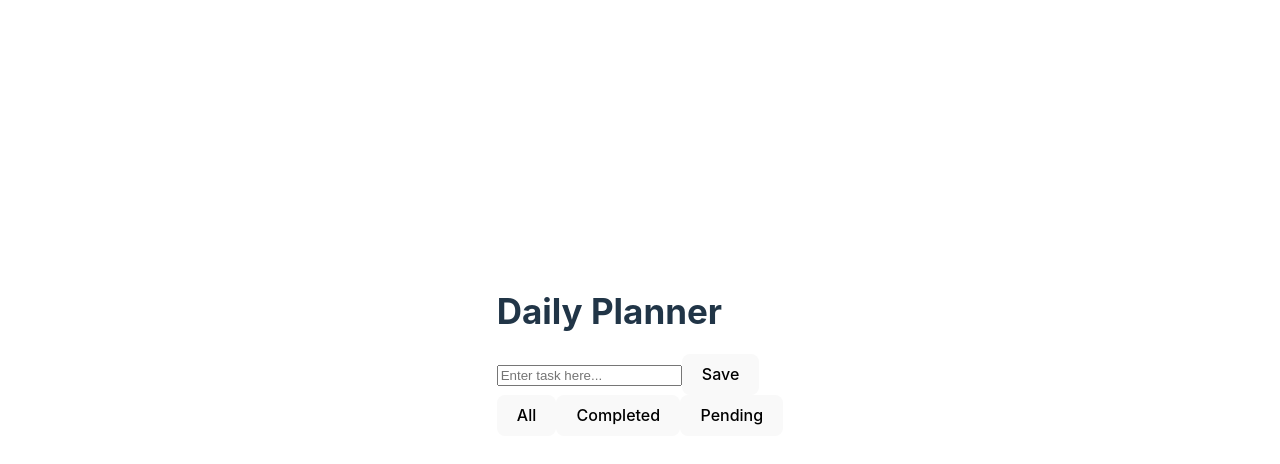
Repository: leslie179/lab4
Page: / (app in lab4/)
These files come from the project's save history. The page is drawn as it stood at one moment and after the next save; the edit follows.
The browser window is 1280 px wide. The pictures show the whole page.
The project was rebuilt for these pictures with package versions that can differ from the ones it lists, and the page was loaded fresh each time. Also part of the build but not shown: lab4/vite.config.js, lab4/src/components/Task.jsx.

Above is the page before, as saved 2024-10-27 18:04:05.

### lab4/src/App.jsx
import { useState } from 'react'
import './App.css'

import Task from './components/Task'
import TaskForm from './components/TaskForm'

function App() {
  const [tasks, setTasks] = useState([])
  const [filter, setFilter] = useState("All")
  return (
    <div>
      <h1>Daily Planner</h1>
      <TaskForm setTasks={setTasks}/>
      <button onClick={() => setFilter("All")}>All</button>
      <button onClick={() => setFilter("Completed")}>Completed</button>
      <button onClick={() => setFilter("Pending")}>Pending</button>
      <ul>
        {tasks && tasks.filter((task) => {
          if (filter === "All") {
            return true
          } else if (filter === "Completed") {
            return task.completed
          } else if (filter === "Pending") {
            return !task.completed
          }

          return true // not really necessary
        }).map((task, i) => {
          return <Task task={task} setTasks={setTasks} index={i} />
        })}
      </ul>

    </div>
  )
}

export default App

### lab4/src/App.css
#root {
  max-width: 1280px;
  margin: 0 auto;
  padding: 2rem;
  text-align: left;
}

h1{
  font-size: 35px;
}

.logo {
  height: 6em;
  padding: 1.5em;
  will-change: filter;
  transition: filter 300ms;
}
.logo:hover {
  filter: drop-shadow(0 0 2em #646cffaa);
}
.logo.react:hover {
  filter: drop-shadow(0 0 2em #61dafbaa);
}

@keyframes logo-spin {
  from {
    transform: rotate(0deg);
  }
  to {
    transform: rotate(360deg);
  }
}

@media (prefers-reduced-motion: no-preference) {
  a:nth-of-type(2) .logo {
    animation: logo-spin infinite 20s linear;
  }
}

.card {
  padding: 2em;
}

.read-the-docs {
  color: #888;
}

### lab4/src/components/TaskForm.jsx
import { useState } from "react"

function TaskForm({ setTasks }) {
    const [currentTask, setCurrentTask] = useState()
    const save = () => {
        setTasks((currentTasks) => { // trick to get current state
            // im just naming it tmp for temporary
            const tmpTasks = [...currentTasks] // deep copy (tmpTasks is just a copy of currentTasks cause you cant just copy an array)
            tmpTasks.push({ task: currentTask, completed: false })
            return tmpTasks
        })
        setCurrentTask("")
    }
    // the onChange is a function that runs everytime the input text changes
    // everytime the input text changes update the state with the value of the text input
    return <div>
        <input type="text" onChange={(e) => setCurrentTask(e.target.value)} placeholder="Enter task here..."/>
        <button onClick={() => save()}>Save</button>
    </div>
}

export default TaskForm

Loaded but not shown: lab4/index.html (common file); lab4/src/main.jsx (common file); lab4/src/index.css (common file)

After the next save:
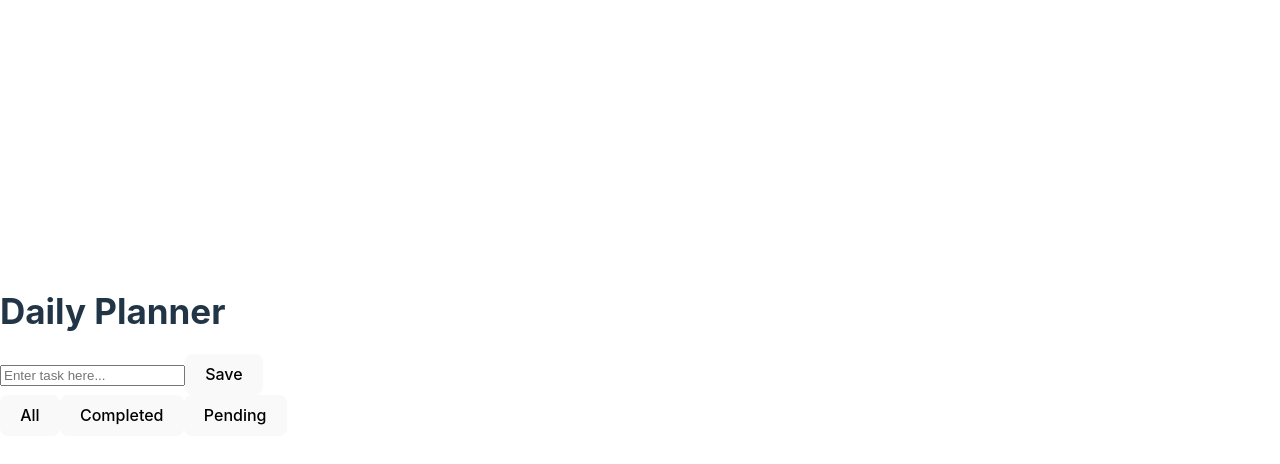
Saved 7 s later.
--- a/lab4/src/App.css
+++ b/lab4/src/App.css
@@ -1,7 +1,6 @@
 #root {
   max-width: 1280px;
-  margin: 0 auto;
-  padding: 2rem;
+
   text-align: left;
 }
 
